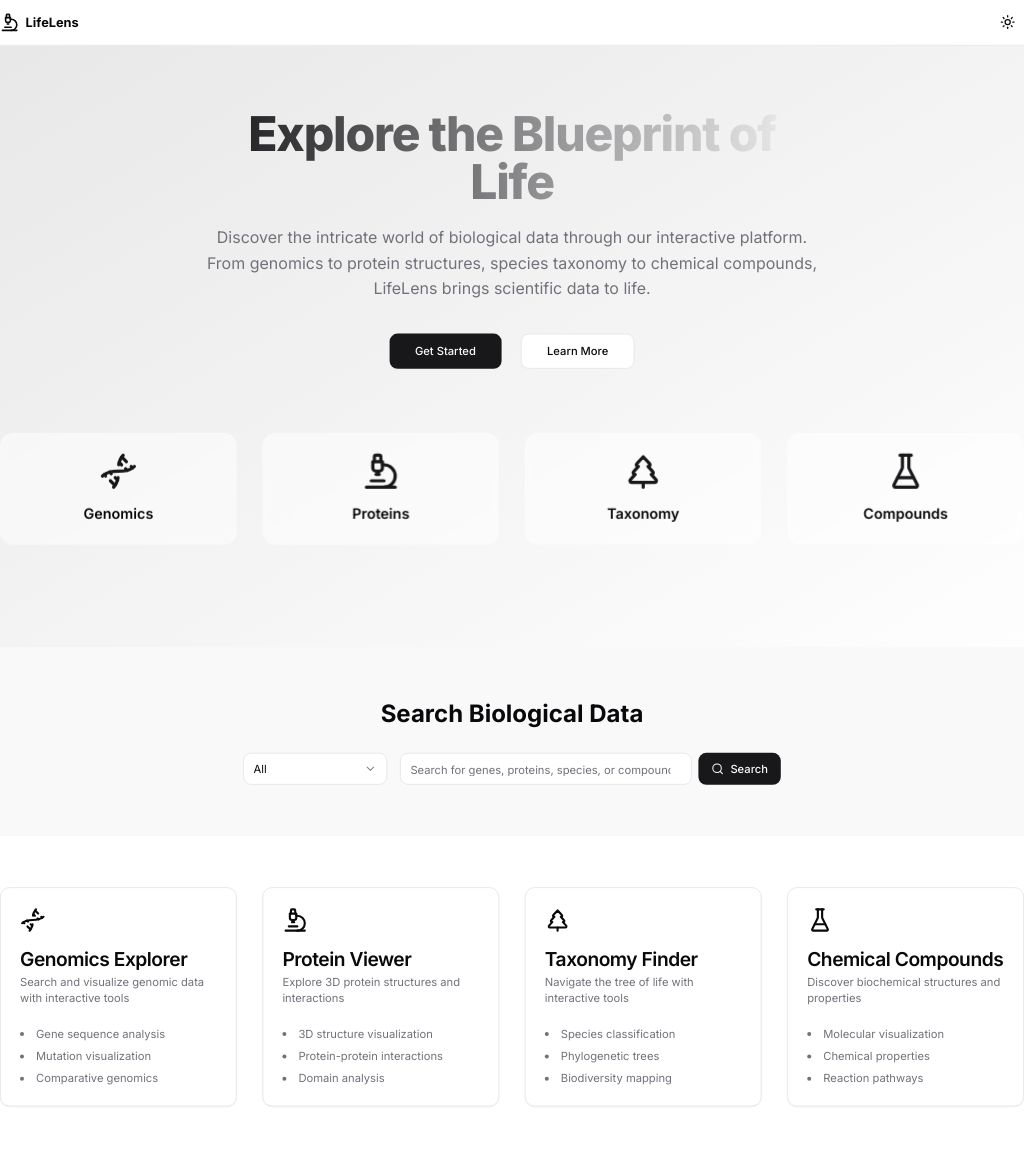
Repository: AlexMercer00/LifeLens
Page: /
The author's editor kept a copy of each file at every save. The page is drawn from the files as they stood at one save, then again after the next save.
The browser window is 1280 px wide. The pictures show the whole page, at 80% of full size.
The project was rebuilt for these pictures with package versions that can differ from the ones it lists, and the page was loaded fresh each time. The framework's server and built-in components were replaced by stand-ins that run in the browser. Also part of the build but not shown: next.config.js, components/ui/tabs.tsx, components/ui/badge.tsx, components/search-results.tsx.

Above is the page before, as saved 2024-11-17 14:47:39.

After the next save:
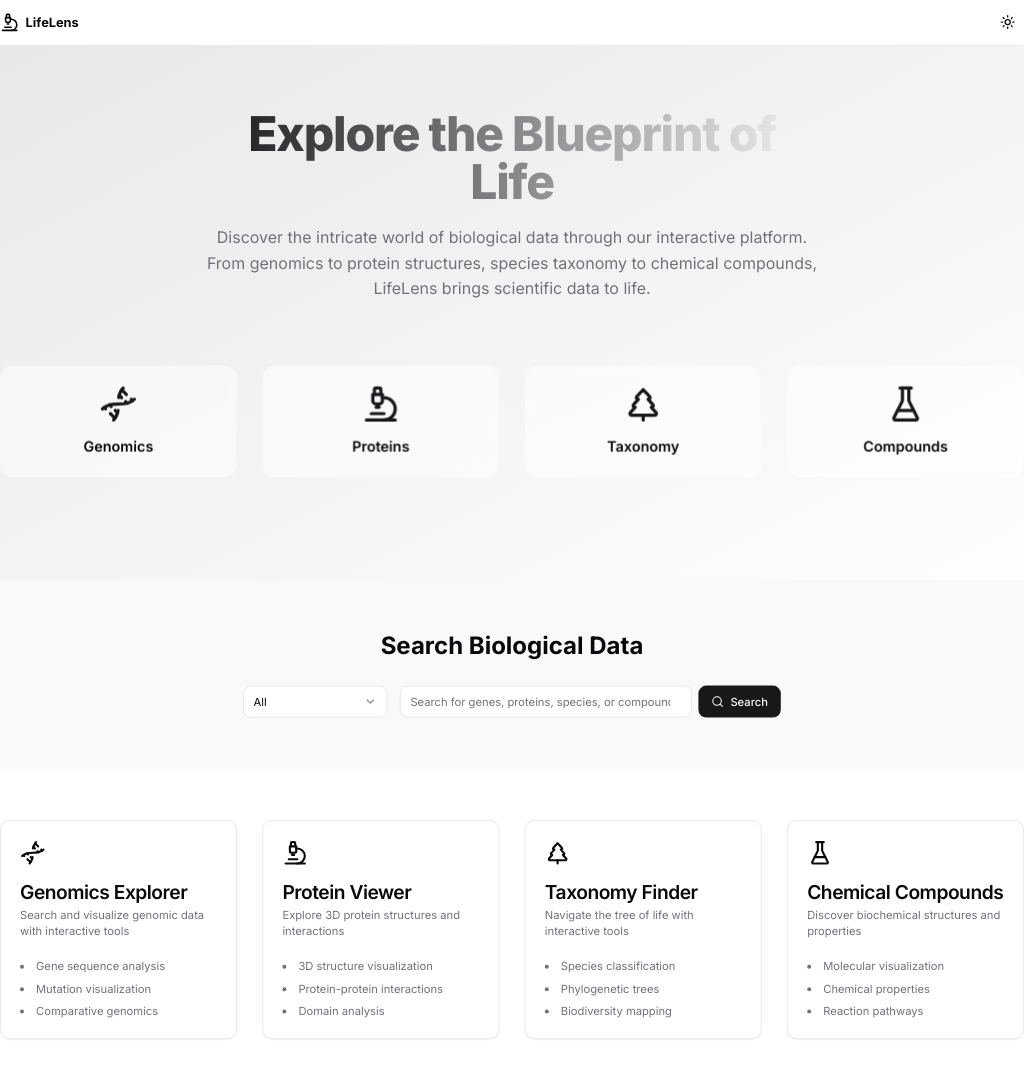
Saved 12 s later.
--- a/components/hero.tsx
+++ b/components/hero.tsx
@@ -1,11 +1,9 @@
-
+// components/hero.tsx
 "use client"
 
 import { useState, useEffect } from "react"
-import { Button } from "@/components/ui/button"
 import { Dna, Microscope, FlaskConical, TreePine } from 'lucide-react'
 import { motion } from "framer-motion"
-import Link from "next/link"
 
 export function Hero() {
   const [isMounted, setIsMounted] = useState(false)
@@ -15,10 +13,10 @@ export function Hero() {
   }, [])
 
   const features = [
-    { icon: Dna, title: "Genomics", href: "/genomics" },
-    { icon: Microscope, title: "Proteins", href: "/proteins" },
-    { icon: TreePine, title: "Taxonomy", href: "/taxonomy" },
-    { icon: FlaskConical, title: "Compounds", href: "/compounds" }
+    { icon: Dna, title: "Genomics" },
+    { icon: Microscope, title: "Proteins" },
+    { icon: TreePine, title: "Taxonomy" },
+    { icon: FlaskConical, title: "Compounds" }
   ]
 
   return (
@@ -39,14 +37,6 @@ export function Hero() {
               From genomics to protein structures, species taxonomy to chemical compounds,
               LifeLens brings scientific data to life.
             </p>
-            <div className="mt-10 flex items-center justify-center gap-x-6">
-              <Button asChild size="lg" className="bg-primary hover:bg-primary/90">
-                <Link href="/search">Get Started</Link>
-              </Button>
-              <Button asChild variant="outline" size="lg">
-                <Link href="/about">Learn More</Link>
-              </Button>
-            </div>
           </motion.div>
         ) : (
           <div className="mx-auto max-w-3xl text-center">
@@ -58,14 +48,6 @@ export function Hero() {
               From genomics to protein structures, species taxonomy to chemical compounds,
               LifeLens brings scientific data to life.
             </p>
-            <div className="mt-10 flex items-center justify-center gap-x-6">
-              <Button asChild size="lg" className="bg-primary hover:bg-primary/90">
-                <Link href="/search">Get Started</Link>
-              </Button>
-              <Button asChild variant="outline" size="lg">
-                <Link href="/about">Learn More</Link>
-              </Button>
-            </div>
           </div>
         )}
 
@@ -83,10 +65,8 @@ export function Hero() {
                 whileHover={{ scale: 1.05 }}
                 transition={{ type: "spring", stiffness: 300 }}
               >
-                <Link href={item.href} className="flex flex-col items-center">
-                  <item.icon className="h-12 w-12 text-primary" />
-                  <h3 className="mt-4 text-lg font-semibold">{item.title}</h3>
-                </Link>
+                <item.icon className="h-12 w-12 text-primary" />
+                <h3 className="mt-4 text-lg font-semibold">{item.title}</h3>
               </motion.div>
             ))}
           </motion.div>
